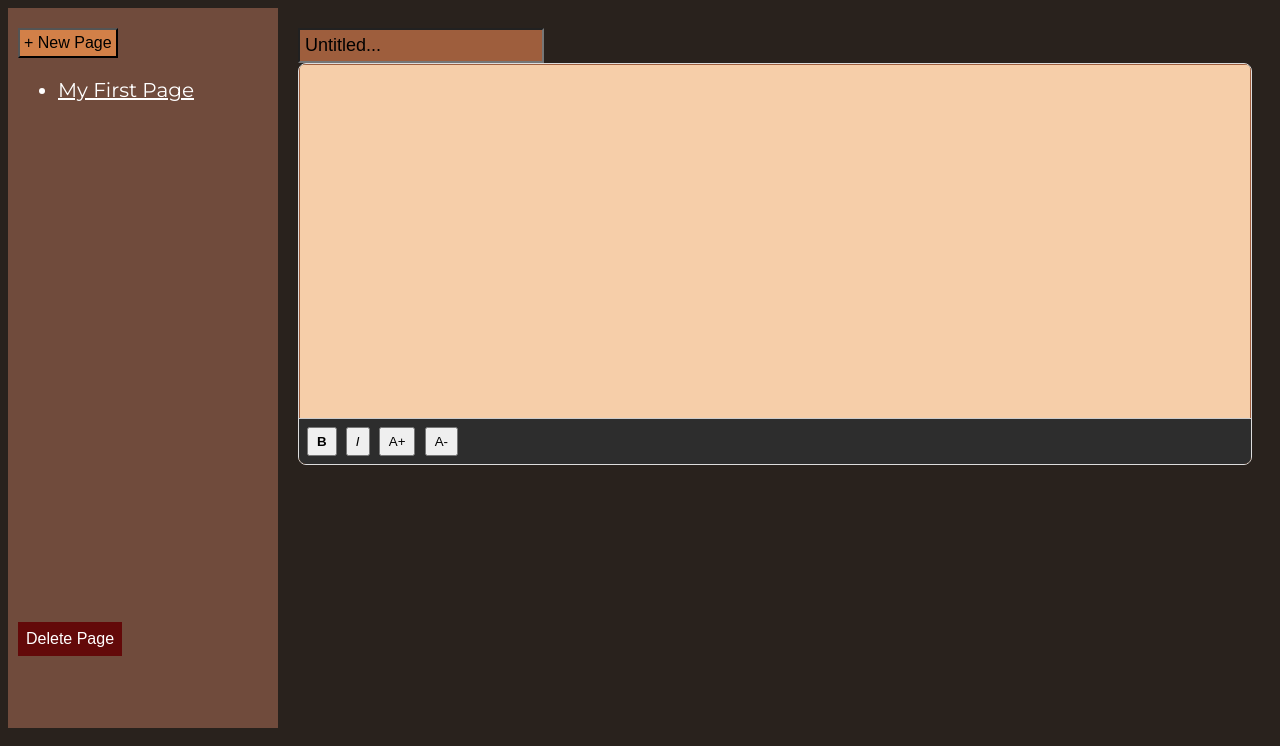
Repository: Dharshinimk-521/notes-app
Page: index.html
An editor plug-in stored every save of this project. The page is shown before and after the next save, followed by the edit.
The browser window is 1280 px wide. The pictures show the whole page.

Above is the page before, as saved 2026-04-18 22:56:59.

After the next save:
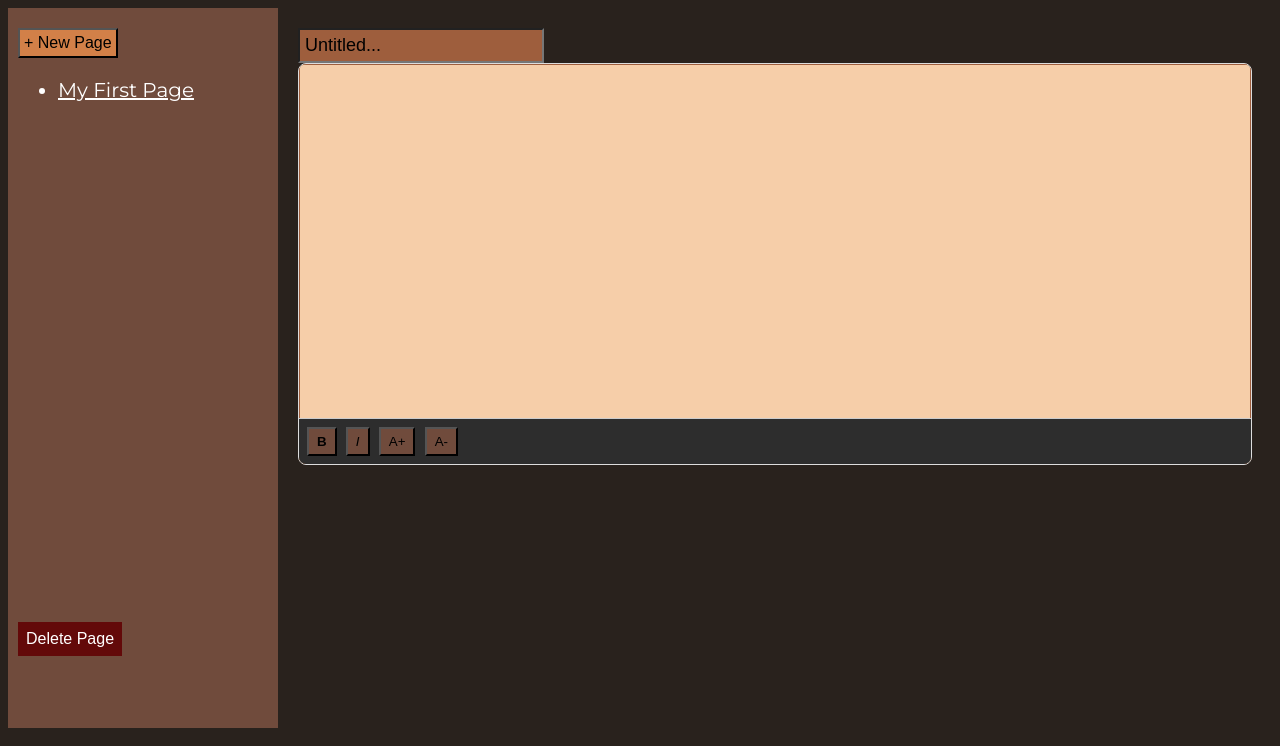
Saved 75 s later.
--- a/style.css
+++ b/style.css
@@ -92,4 +92,5 @@ body{
   margin-right: 5px;
   padding: 5px 8px;
   cursor: pointer;
+  background-color: #704B3C;
 }
